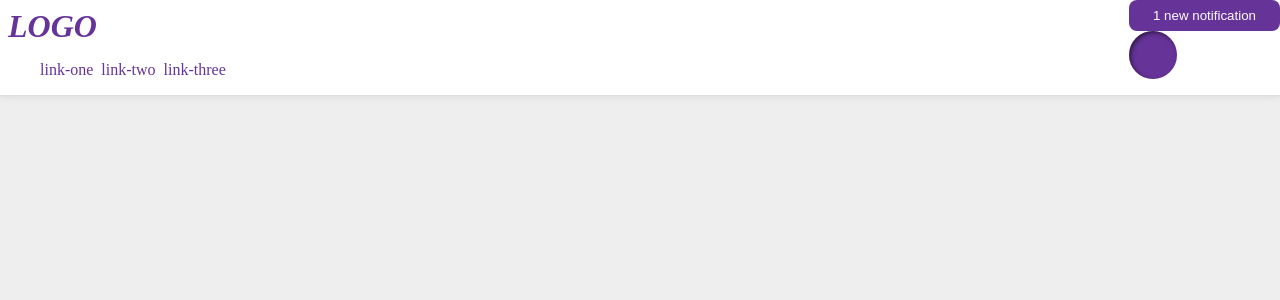
Repository: bbrockbrown/css-exercises
Page: flex/03-flex-header-2/index.html
The author's editor kept a copy of each file at every save. The page is drawn from the files as they stood at one save, then again after the next save.
The browser window is 1280 px wide. The pictures show the whole page.
Some web fonts or font styles are not loaded; a fallback is used.

Above is the page before, as saved 2024-07-21 13:11:14.

After the next save:
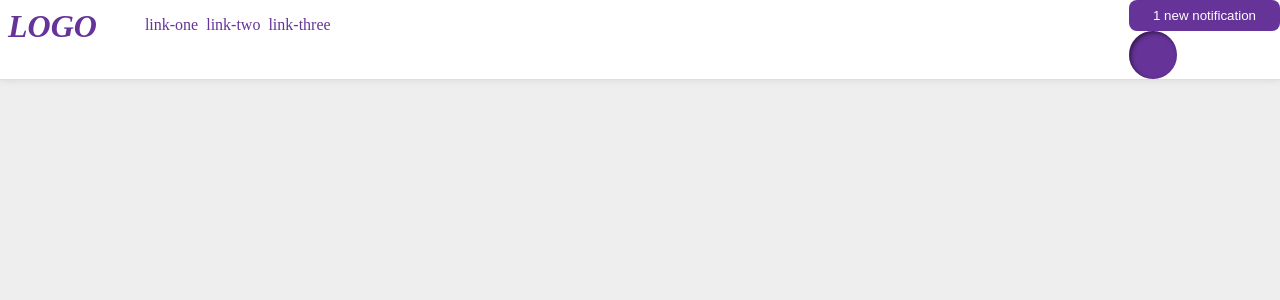
Saved 27 s later.
--- a/flex/03-flex-header-2/style.css
+++ b/flex/03-flex-header-2/style.css
@@ -14,6 +14,10 @@ body {
   box-shadow: 0 0 8px rgba(0,0,0,.1);
   display: flex;
   justify-content: space-between;
+}
+
+.left-container {
+  display: flex;
 }
 
 
